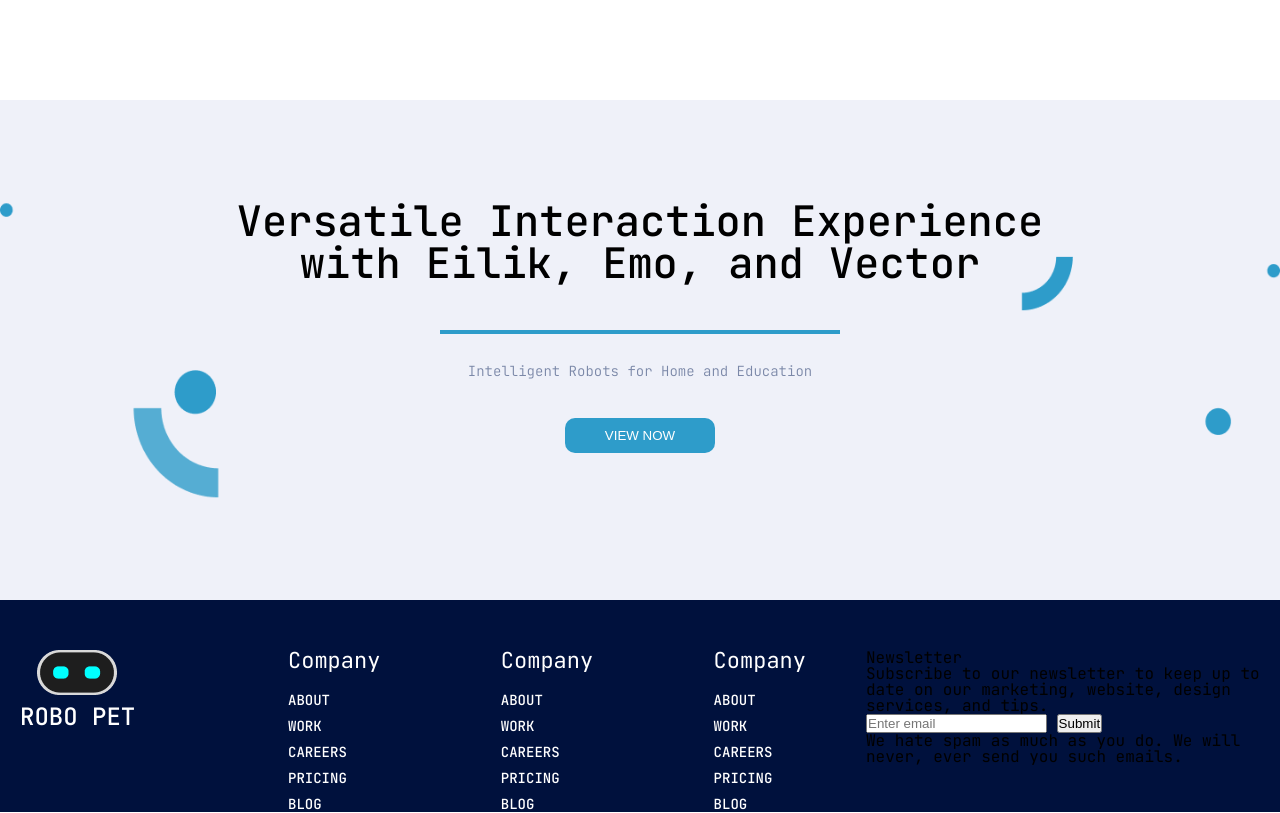
Repository: trietle101/du-an-1
Page: index.html
An editor plug-in stored every save of this project. The page is shown before and after the next save, followed by the edit.
The browser window is 1280 px wide. The pictures show the part of the page from y = 3253 to 4066 px (the page is 4066 px tall before and 4040 px after).
A picture or video elsewhere on the page could not be fetched, so the positions and the page height are approximate. Some web libraries are served in a nearby version.

Above is the page before, as saved 2023-03-16 21:46:24.

After the next save:
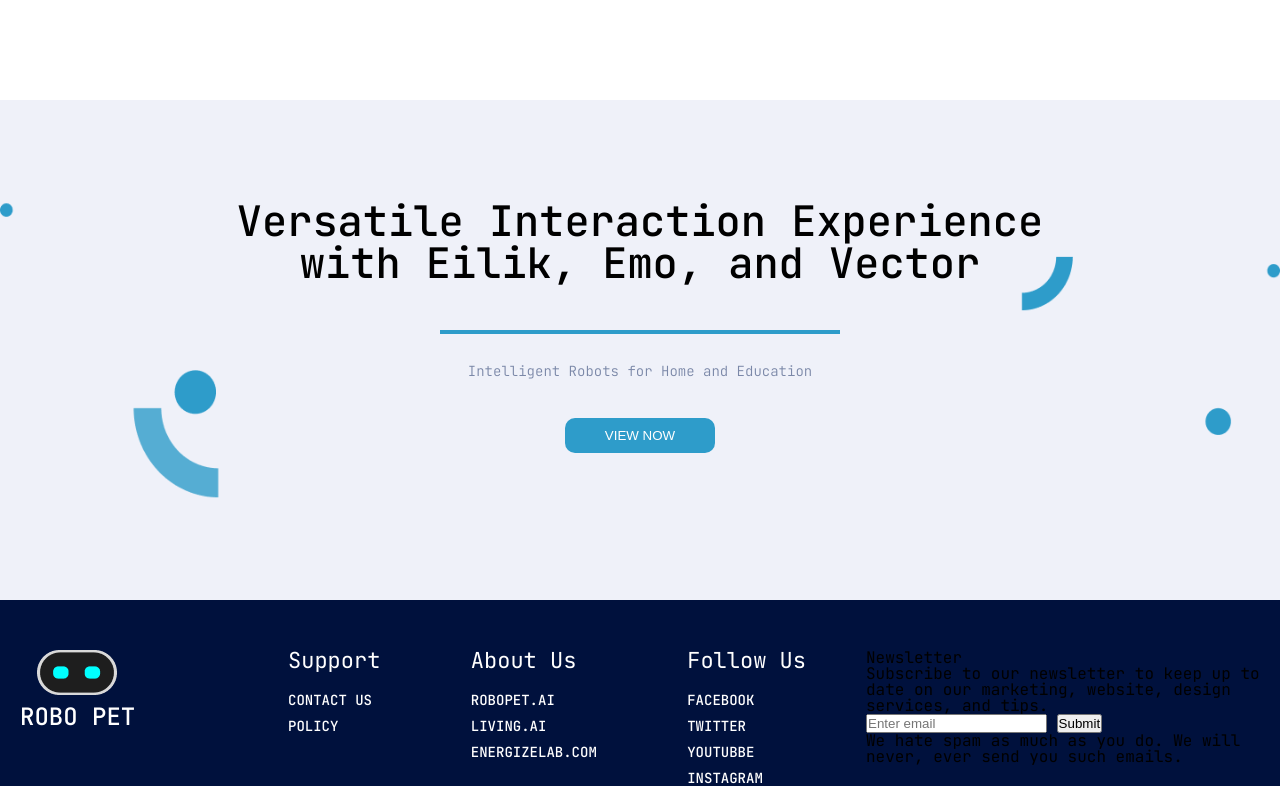
Saved 6 min 14 s later.
--- a/index.html
+++ b/index.html
@@ -475,57 +475,39 @@
           </div>
           <div class="footer-center">
             <ul class="footer-center-item">
-              <h5 class="footer-center-title">Company</h5>
-              <li class="footer-center-link">
-                <a href="#">about</a>
-              </li>
-              <li class="footer-center-link">
-                <a href="#">work</a>
-              </li>
-              <li class="footer-center-link">
-                <a href="#">careers</a>
-              </li>
-              <li class="footer-center-link">
-                <a href="#">pricing</a>
-              </li>
-              <li class="footer-center-link">
-                <a href="#">blog</a>
+              <h5 class="footer-center-title">Support</h5>
+              <li class="footer-center-link">
+                <a href="#">Contact Us</a>
+              </li>
+              <li class="footer-center-link">
+                <a href="#">Policy</a>
               </li>
             </ul>
             <ul class="footer-center-item">
-              <h5 class="footer-center-title">Company</h5>
-              <li class="footer-center-link">
-                <a href="#">about</a>
-              </li>
-              <li class="footer-center-link">
-                <a href="#">work</a>
-              </li>
-              <li class="footer-center-link">
-                <a href="#">careers</a>
-              </li>
-              <li class="footer-center-link">
-                <a href="#">pricing</a>
-              </li>
-              <li class="footer-center-link">
-                <a href="#">blog</a>
+              <h5 class="footer-center-title">About Us</h5>
+              <li class="footer-center-link">
+                <a href="#">Robopet.ai</a>
+              </li>
+              <li class="footer-center-link">
+                <a href="#">Living.ai</a>
+              </li>
+              <li class="footer-center-link">
+                <a href="#">Energizelab.com</a>
               </li>
             </ul>
             <ul class="footer-center-item">
-              <h5 class="footer-center-title">Company</h5>
-              <li class="footer-center-link">
-                <a href="#">about</a>
-              </li>
-              <li class="footer-center-link">
-                <a href="#">work</a>
-              </li>
-              <li class="footer-center-link">
-                <a href="#">careers</a>
-              </li>
-              <li class="footer-center-link">
-                <a href="#">pricing</a>
-              </li>
-              <li class="footer-center-link">
-                <a href="#">blog</a>
+              <h5 class="footer-center-title">Follow Us</h5>
+              <li class="footer-center-link">
+                <a href="#">Facebook</a>
+              </li>
+              <li class="footer-center-link">
+                <a href="#">Twitter</a>
+              </li>
+              <li class="footer-center-link">
+                <a href="#">Youtubbe</a>
+              </li>
+              <li class="footer-center-link">
+                <a href="#">Instagram</a>
               </li>
             </ul>
           </div>
